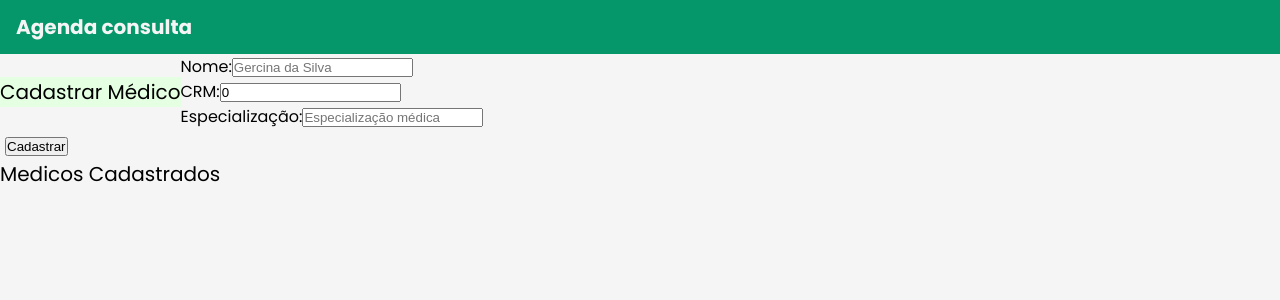
Repository: BarbaraCD/agendaconsulta
Page: /
These files come from the project's save history. The page is drawn as it stood at one moment and after the next save; the edit follows.
The browser window is 1280 px wide. The pictures show the whole page.
The page's requests for data from a server got no answer. The project was rebuilt for these pictures with package versions that can differ from the ones it lists, and the page was loaded fresh each time. No one was signed in, and anything a server would have sent is missing. Also part of the build but not shown: vite.config.ts.

Above is the page before, as saved 2023-07-26 17:21:34.

After the next save:
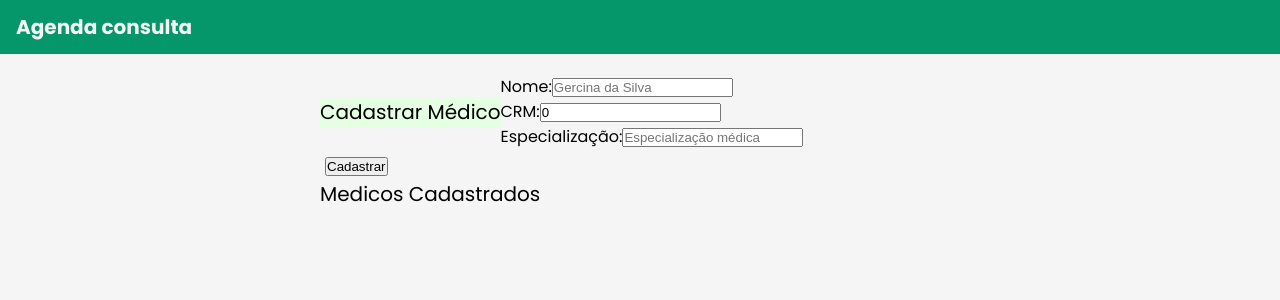
Saved 12 s later.
--- a/src/components/CreateDoctor.tsx
+++ b/src/components/CreateDoctor.tsx
@@ -48,7 +48,7 @@ export function CreateDoctor(){
   }
 
   return(
-    <>
+    <DocContainer>
       <InputDoctors
         name={newDoctor.name}
         especializacao={newDoctor.specialization}
@@ -67,6 +67,6 @@ export function CreateDoctor(){
           <Doctors name={doctor.name} crm={doctor.crm} specialization={doctor.specialization} />
         </div>
 
-    </>
+    </DocContainer>
   )
 }
